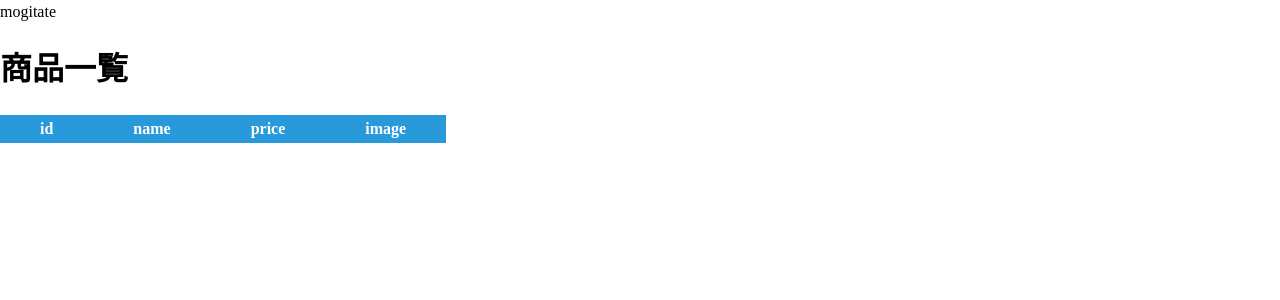
Repository: SuzukiFuminori/test-fruit
Page: http://localhost/products
These files come from the project's save history. The page is drawn as it stood at one moment and after the next save; the edit follows.
The browser window is 1280 px wide. The pictures show the whole page.
The page is served by the project's Laravel application, run on PHP 8.4 with Laravel 8. Other server files are loaded and not shown. Queries for data that is not in the repository find no rows.

Above is the page before, as saved 2024-12-29 21:33:34.

### src/routes/web.php
<?php

use Illuminate\Support\Facades\Route;
use App\Http\Controllers\ProductController;

/*
|--------------------------------------------------------------------------
| Web Routes
|--------------------------------------------------------------------------
|
| Here is where you can register web routes for your application. These
| routes are loaded by the RouteServiceProvider within a group which
| contains the "web" middleware group. Now create something great!
|
*/

Route::get('/products', [ProductController::class, 'index']);
Route::get('/products/register', [ProductController::class, 'add']);

### src/app/Http/Controllers/ProductController.php
<?php

namespace App\Http\Controllers;
use App\Models\Product;
use Illuminate\Http\Request;

class ProductController extends Controller
{
    // 商品一覧ページの表示
    public function index()
    {
        $products = Product::all();
        return view('index', ['products' => $products]);
    }

    // 商品登録ページの表示
    public function add()
    {
        return view('add');
    }
}

### src/resources/views/index.blade.php
@extends('layouts.default')
<style>
  th {
    background-color: #289ADC;
    color: white;
    padding: 5px 40px;
  }
  tr:nth-child(odd) td{
    background-color: #FFFFFF;
  }
  td {
    padding: 25px 40px;
    background-color: #EEEEEE;
    text-align: center;
  }
</style>
@section('title', '商品一覧')

@section('content')
<table>
  <tr>
    <th>id</th>
    <th>name</th>
    <th>price</th>
    <th>image</th>
  </tr>
  @foreach ($products as $product)
  <tr>
    <td>{{$product->id}}</td>
    <td>{{$product->name}}</td>
    <td>{{$product->price}}</td>
    <td>{{$product->image}}</td>
  </tr>
  @endforeach
</table>
@endsection

### src/resources/views/layouts/default.blade.php
<!DOCTYPE html>
<html lang="ja">

<head>
  <meta charset="UTF-8">
  <meta name="viewport" content="width=device-width, initial-scale=1.0">
  <title>@yield('title')</title>
  <link rel="stylesheet" href="{{ asset('css/sanitize.css') }}">
  <link rel="stylesheet" href="{{ asset('css/sanitize.css') }}">
  @yield('css')
</head>
<body>
  <header class="header">
    <div class="header__inner">
      <a class="header__logo">
        mogitate
      </a>
    </div>
  </header>
  <main>
    <h1>@yield('title')</h1>
    <div class="content">
      @yield('content')
    </div>
  </main>
</body>

</html>

### src/public/css/sanitize.css
/* Document
* ========================================================================== */

/**
* Add border box sizing in all browsers (opinionated).
*/

*,
::before,
::after {
  box-sizing: border-box;
}

/**
* 1. Add text decoration inheritance in all browsers (opinionated).
* 2. Add vertical alignment inheritance in all browsers (opinionated).
*/

::before,
::after {
  vertical-align: inherit;
  /* 2 */
  text-decoration: inherit;
  /* 1 */
}

/**
* 1. Use the default cursor in all browsers (opinionated).
* 2. Change the line height in all browsers (opinionated).
* 3. Use a 4-space tab width in all browsers (opinionated).
* 4. Remove the grey highlight on links in iOS (opinionated).
* 5. Prevent adjustments of font size after orientation changes in
*    IE on Windows Phone and in iOS.
* 6. Breaks words to prevent overflow in all browsers (opinionated).
*/

html {
  word-break: break-word;
  /* 6 */
  -moz-tab-size: 4;
  /* 3 */
  tab-size: 4;
  /* 3 */
  line-height: 1.5;
  /* 2 */
  cursor: default;
  /* 1 */

  -webkit-tap-highlight-color: transparent
    /* 4 */
  ;
  -ms-text-size-adjust: 100%;
  /* 5 */
  -webkit-text-size-adjust: 100%;
  /* 5 */
}

/* Sections
* ========================================================================== */

/**
* Remove the margin in all browsers (opinionated).
*/

body {
  margin: 0;
}

/**
* Correct the font size and margin on `h1` elements within `section` and
* `article` contexts in Chrome, Edge, Firefox, and Safari.
*/

h1 {
  margin: 0.67em 0;
  font-size: 2em;
}

/* Grouping content
* ========================================================================== */

/**
* Remove the margin on nested lists in Chrome, Edge, IE, and Safari.
*/

dl dl,
dl ol,
dl ul,
ol dl,
ul dl {
  margin: 0;
}

/**
* Remove the margin on nested lists in Edge 18- and IE.
*/

ol ol,
ol ul,
ul ol,
ul ul {
  margin: 0;
}

/**
* 1. Add the correct sizing in Firefox.
* 2. Show the overflow in Edge 18- and IE.
*/

hr {
  overflow: visible;
  /* 2 */
  height: 0;
  /* 1 */
}

/**
* Add the correct display in IE.
*/

main {
  display: block;
}

/**
* Remove the list style on navigation lists in all browsers (opinionated).
*/

nav ol,
nav ul {
  padding: 0;
  list-style: none;
}

/**
* 1. Correct the inheritance and scaling of font size in all browsers.
* 2. Correct the odd `em` font sizing in all browsers.
*/

pre {
  font-size: 1em;
  /* 2 */
  font-family: monospace, monospace;
  /* 1 */
}

/* Text-level semantics
* ========================================================================== */

/**
* Remove the gray background on active links in IE 10.
*/

a {
  background-color: transparent;
}

/**
* Add the correct text decoration in Edge 18-, IE, and Safari.
*/

abbr[title] {
  text-decoration: underline;
  text-decoration: underline dotted;
}

/**
* Add the correct font weight in Chrome, Edge, and Safari.
*/

b,
strong {
  font-weight: bolder;
}

/**
* 1. Correct the inheritance and scaling of font size in all browsers.
* 2. Correct the odd `em` font sizing in all browsers.
*/

code,
kbd,
samp {
  font-size: 1em;
  /* 2 */
  font-family: monospace, monospace;
  /* 1 */
}

/**
* Add the correct font size in all browsers.
*/

small {
  font-size: 80%;
}

/* Embedded content
* ========================================================================== */

/*
* Change the alignment on media elements in all browsers (opinionated).
*/

audio,
canvas,
iframe,
img,
svg,
video {
  vertical-align: middle;
}

/**
* Add the correct display in IE 9-.
*/

audio,
video {
  display: inline-block;
}

/**
* Add the correct display in iOS 4-7.
*/

audio:not([controls]) {
  display: none;
  height: 0;
}

/**
* Remove the border on iframes in all browsers (opinionated).
*/

iframe {
  border-style: none;
}

/**
* Remove the border on images within links in IE 10-.
*/

img {
  border-style: none;
}

/**
* Change the fill color to match the text color in all browsers (opinionated).
*/

svg:not([fill]) {
  fill: currentColor;
}

/**
* Hide the overflow in IE.
*/

svg:not(:root) {
  overflow: hidden;
}

/* Tabular data
* ========================================================================== */

/**
* Collapse border spacing in all browsers (opinionated).
*/

table {
  border-collapse: collapse;
}

/* Forms
* ========================================================================== */

/**
* Remove the margin on controls in Safari.
*/

button,
input,
select {
  margin: 0;
}

/**
* 1. Show the overflow in IE.
* 2. Remove the inheritance of text transform in Edge 18-, Firefox, and IE.
*/

button {
  overflow: visible;
  /* 1 */
  text-transform: none;
  /* 2 */
}

/**
* Correct the inability to style buttons in iOS and Safari.
*/

button,
[type="button"],
[type="reset"],
[type="submit"] {
  -webkit-appearance: button;
}

/**
* 1. Change the inconsistent appearance in all browsers (opinionated).
* 2. Correct the padding in Firefox.
*/

fieldset {
  padding: 0.35em 0.75em 0.625em;
  /* 2 */
  border: 1px solid #a0a0a0;
  /* 1 */
}

/**
* Show the overflow in Edge 18- and IE.
*/

input {
  overflow: visible;
}

/**
* 1. Correct the text wrapping in Edge 18- and IE.
* 2. Correct the color inheritance from `fieldset` elements in IE.
*/

legend {
  display: table;
  /* 1 */
  max-width: 100%;
  /* 1 */
  color: inherit;
  /* 2 */
  white-space: normal;
  /* 1 */
}

/**
* 1. Add the correct display in Edge 18- and IE.
* 2. Add the correct vertical alignment in Chrome, Edge, and Firefox.
*/

progress {
  display: inline-block;
  /* 1 */
  vertical-align: baseline;
  /* 2 */
}

/**
* Remove the inheritance of text transform in Firefox.
*/

select {
  text-transform: none;
}

/**
* 1. Remove the margin in Firefox and Safari.
* 2. Remove the default vertical scrollbar in IE.
* 3. Change the resize direction in all browsers (opinionated).
*/

textarea {
  overflow: auto;
  /* 2 */
  margin: 0;
  /* 1 */
  resize: vertical;
  /* 3 */
}

/**
* Remove the padding in IE 10-.
*/

[type="checkbox"],
[type="radio"] {
  padding: 0;
}

/**
* 1. Correct the odd appearance in Chrome, Edge, and Safari.
* 2. Correct the outline style in Safari.
*/

[type="search"] {
  outline-offset: -2px;
  /* 2 */

  -webkit-appearance: textfield;
  /* 1 */
}

/**
* Correct the cursor style of increment and decrement buttons in Safari.
*/

::-webkit-inner-spin-button,
::-webkit-outer-spin-button {
  height: auto;
}

/**
* Correct the text style of placeholders in Chrome, Edge, and Safari.
*/

::-webkit-input-placeholder {
  color: inherit;
  opacity: 0.54;
}

/**
* Remove the inner padding in Chrome, Edge, and Safari on macOS.
*/

::-webkit-search-decoration {
  -webkit-appearance: none;
}

/**
* 1. Correct the inability to style upload buttons in iOS and Safari.
* 2. Change font properties to `inherit` in Safari.
*/

::-webkit-file-upload-button {
  font: inherit;
  /* 2 */

  -webkit-appearance: button;
  /* 1 */
}

/**
* Remove the inner border and padding of focus outlines in Firefox.
*/

::-moz-focus-inner {
  padding: 0;
  border-style: none;
}

/**
* Restore the focus outline styles unset by the previous rule in Firefox.
*/

:-moz-focusring {
  outline: 1px dotted ButtonText;
}

/**
* Remove the additional :invalid styles in Firefox.
*/

:-moz-ui-invalid {
  box-shadow: none;
}

/* Interactive
* ========================================================================== */

/*
* Add the correct display in Edge 18- and IE.
*/

details {
  display: block;
}

/*
* Add the correct styles in Edge 18-, IE, and Safari.
*/

dialog {
  position: absolute;
  right: 0;
  left: 0;
  display: block;
  margin: auto;
  padding: 1em;
  width: -moz-fit-content;
  width: -webkit-fit-content;
  width: fit-content;
  height: -moz-fit-content;
  height: -webkit-fit-content;
  height: fit-content;
  border: solid;
  background-color: white;
  color: black;
}

dialog:not([open]) {
  display: none;
}

/*
* Add the correct display in all browsers.
*/

summary {
  display: list-item;
}

/* Scripting
* ========================================================================== */

/**
* Add the correct display in IE 9-.
*/

canvas {
  display: inline-block;
}

/**
* Add the correct display in IE.
*/

template {
  display: none;
}

/* User interaction
* ========================================================================== */

/*
* 1. Remove the tapping delay in IE 10.
* 2. Remove the tapping delay on clickable elements
in all browsers (opinionated).
*/

a,
area,
button,
input,
label,
select,
summary,
textarea,
[tabindex] {
  -ms-touch-action: manipulation;
  /* 1 */
  touch-action: manipulation;
  /* 2 */
}

/**
* Add the correct display in IE 10-.
*/

[hidden] {
  display: none;
}

/* Accessibility
* ========================================================================== */

/**
* Change the cursor on busy elements in all browsers (opinionated).
*/

[aria-busy="true"] {
  cursor: progress;
}

/*
* Change the cursor on control elements in all browsers (opinionated).
*/

[aria-controls] {
  cursor: pointer;
}

/*
* Change the cursor on disabled, not-editable, or otherwise
* inoperable elements in all browsers (opinionated).
*/

[aria-disabled="true"],
[disabled] {
  cursor: not-allowed;
}

/*
* Change the display on visually hidden accessible elements
* in all browsers (opinionated).
*/

[aria-hidden="false"][hidden] {
  display: initial;
}

[aria-hidden="false"][hidden]:not(:focus) {
  position: absolute;
  clip: rect(0, 0, 0, 0);
}

### src/public/css/common.css
.header {
  background: white;
}

.header__inner {
  margin: 0 auto;
  padding: 10px 20px;
  border-bottom: solid 1px #f4f4f4;
}

.header__logo {
  font-family: jsMath-cmti10;
  font-size: 30px;
  color: #F5C800;
  font-weight: 500;
  font-style: italic;
}

h1 {
  font-family: "Hiragino Kaku Gothic Pro";
  font-size: 32px;
  color: #333333;
  font-weight: 600;
}

Loaded but not shown: src/app/Http/Controllers/Controller.php (common file); src/app/Models/Product.php (common file)

After the next save:
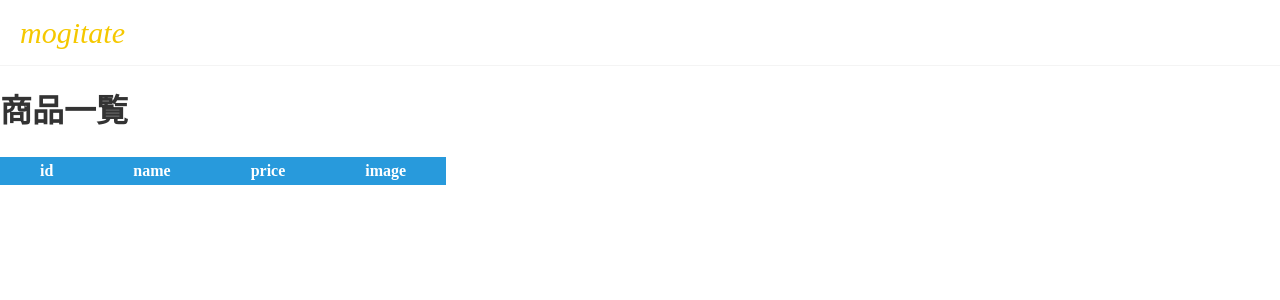
Saved 6 s later.
--- a/src/resources/views/layouts/default.blade.php
+++ b/src/resources/views/layouts/default.blade.php
@@ -6,7 +6,7 @@
   <meta name="viewport" content="width=device-width, initial-scale=1.0">
   <title>@yield('title')</title>
   <link rel="stylesheet" href="{{ asset('css/sanitize.css') }}">
-  <link rel="stylesheet" href="{{ asset('css/sanitize.css') }}">
+  <link rel="stylesheet" href="{{ asset('css/common.css') }}">
   @yield('css')
 </head>
 <body>
